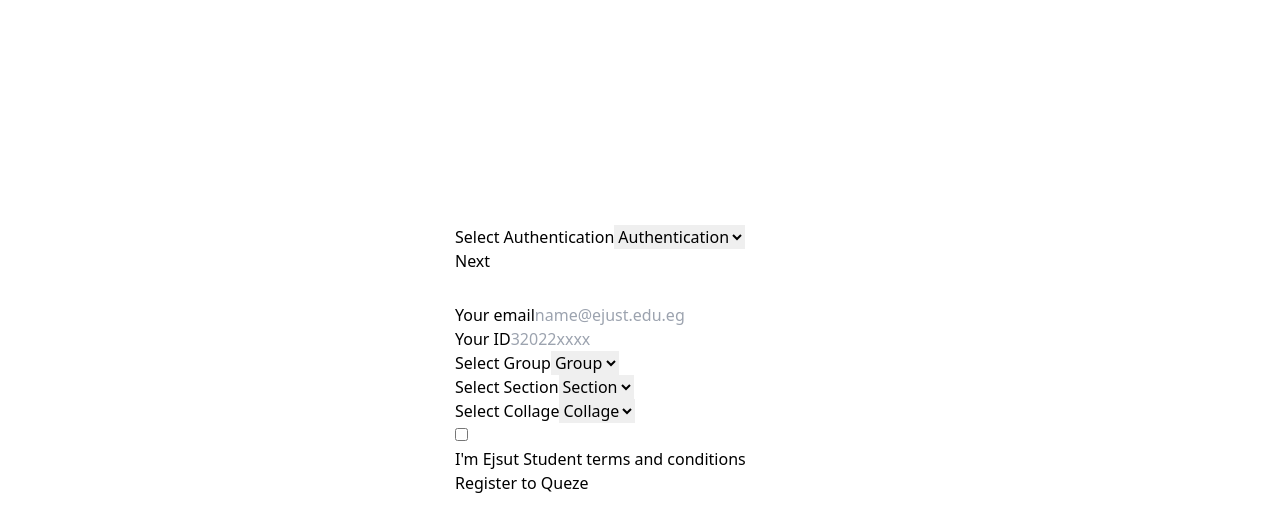
Repository: AbdalrahmanEldeep/FIBOTIC
Page: /
These files come from the project's save history. The page is drawn as it stood at one moment and after the next save; the edit follows.
The browser window is 1280 px wide. The pictures show the whole page.
The project was rebuilt for these pictures with package versions that can differ from the ones it lists, and the page was loaded fresh each time. Also part of the build but not shown: vite.config.js, src/pages/protecter.jsx, src/pages/exame.jsx.

Above is the page before, as saved 2023-01-06 23:42:09.

### index.html
<!DOCTYPE html>
<html lang="en" class="dark">
  <head>
    <meta charset="UTF-8" />
    <link rel="icon" type="image/svg+xml" href="/vite.svg" />
    <meta name="viewport" content="width=device-width, initial-scale=1.0" />
    <title>FIBO</title>
    <!-- Tailwindcss -->
    <link rel="stylesheet" href="/src/global/app.css">
  </head>
  <body class="dark:bg-gray-900">
    <div id="root"></div>
    <script type="module" src="/src/main.jsx"></script>
  </body>
</html>

### src/global/app.css
/*
! tailwindcss v3.2.4 | MIT License | https://tailwindcss.com
*/

/*
1. Prevent padding and border from affecting element width. (https://github.com/mozdevs/cssremedy/issues/4)
2. Allow adding a border to an element by just adding a border-width. (https://github.com/tailwindcss/tailwindcss/pull/116)
*/

*,
::before,
::after {
  box-sizing: border-box;
  /* 1 */
  border-width: 0;
  /* 2 */
  border-style: solid;
  /* 2 */
  border-color: #e5e7eb;
  /* 2 */
}

::before,
::after {
  --tw-content: '';
}

/*
1. Use a consistent sensible line-height in all browsers.
2. Prevent adjustments of font size after orientation changes in iOS.
3. Use a more readable tab size.
4. Use the user's configured `sans` font-family by default.
5. Use the user's configured `sans` font-feature-settings by default.
*/

html {
  line-height: 1.5;
  /* 1 */
  -webkit-text-size-adjust: 100%;
  /* 2 */
  -moz-tab-size: 4;
  /* 3 */
  -o-tab-size: 4;
     tab-size: 4;
  /* 3 */
  font-family: ui-sans-serif, system-ui, -apple-system, BlinkMacSystemFont, "Segoe UI", Roboto, "Helvetica Neue", Arial, "Noto Sans", sans-serif, "Apple Color Emoji", "Segoe UI Emoji", "Segoe UI Symbol", "Noto Color Emoji";
  /* 4 */
  font-feature-settings: normal;
  /* 5 */
}

/*
1. Remove the margin in all browsers.
2. Inherit line-height from `html` so users can set them as a class directly on the `html` element.
*/

body {
  margin: 0;
  /* 1 */
  line-height: inherit;
  /* 2 */
}

/*
1. Add the correct height in Firefox.
2. Correct the inheritance of border color in Firefox. (https://bugzilla.mozilla.org/show_bug.cgi?id=190655)
3. Ensure horizontal rules are visible by default.
*/

hr {
  height: 0;
  /* 1 */
  color: inherit;
  /* 2 */
  border-top-width: 1px;
  /* 3 */
}

/*
Add the correct text decoration in Chrome, Edge, and Safari.
*/

abbr:where([title]) {
  -webkit-text-decoration: underline dotted;
          text-decoration: underline dotted;
}

/*
Remove the default font size and weight for headings.
*/

h1,
h2,
h3,
h4,
h5,
h6 {
  font-size: inherit;
  font-weight: inherit;
}

/*
Reset links to optimize for opt-in styling instead of opt-out.
*/

a {
  color: inherit;
  text-decoration: inherit;
}

/*
Add the correct font weight in Edge and Safari.
*/

b,
strong {
  font-weight: bolder;
}

/*
1. Use the user's configured `mono` font family by default.
2. Correct the odd `em` font sizing in all browsers.
*/

code,
kbd,
samp,
pre {
  font-family: ui-monospace, SFMono-Regular, Menlo, Monaco, Consolas, "Liberation Mono", "Courier New", monospace;
  /* 1 */
  font-size: 1em;
  /* 2 */
}

/*
Add the correct font size in all browsers.
*/

small {
  font-size: 80%;
}

/*
Prevent `sub` and `sup` elements from affecting the line height in all browsers.
*/

sub,
sup {
  font-size: 75%;
  line-height: 0;
  position: relative;
  vertical-align: baseline;
}

sub {
  bottom: -0.25em;
}

sup {
  top: -0.5em;
}

/*
1. Remove text indentation from table contents in Chrome and Safari. (https://bugs.chromium.org/p/chromium/issues/detail?id=999088, https://bugs.webkit.org/show_bug.cgi?id=201297)
2. Correct table border color inheritance in all Chrome and Safari. (https://bugs.chromium.org/p/chromium/issues/detail?id=935729, https://bugs.webkit.org/show_bug.cgi?id=195016)
3. Remove gaps between table borders by default.
*/

table {
  text-indent: 0;
  /* 1 */
  border-color: inherit;
  /* 2 */
  border-collapse: collapse;
  /* 3 */
}

/*
1. Change the font styles in all browsers.
2. Remove the margin in Firefox and Safari.
3. Remove default padding in all browsers.
*/

button,
input,
optgroup,
select,
textarea {
  font-family: inherit;
  /* 1 */
  font-size: 100%;
  /* 1 */
  font-weight: inherit;
  /* 1 */
  line-height: inherit;
  /* 1 */
  color: inherit;
  /* 1 */
  margin: 0;
  /* 2 */
  padding: 0;
  /* 3 */
}

/*
Remove the inheritance of text transform in Edge and Firefox.
*/

button,
select {
  text-transform: none;
}

/*
1. Correct the inability to style clickable types in iOS and Safari.
2. Remove default button styles.
*/

button,
[type='button'],
[type='reset'],
[type='submit'] {
  -webkit-appearance: button;
  /* 1 */
  background-color: transparent;
  /* 2 */
  background-image: none;
  /* 2 */
}

/*
Use the modern Firefox focus style for all focusable elements.
*/

:-moz-focusring {
  outline: auto;
}

/*
Remove the additional `:invalid` styles in Firefox. (https://github.com/mozilla/gecko-dev/blob/2f9eacd9d3d995c937b4251a5557d95d494c9be1/layout/style/res/forms.css#L728-L737)
*/

:-moz-ui-invalid {
  box-shadow: none;
}

/*
Add the correct vertical alignment in Chrome and Firefox.
*/

progress {
  vertical-align: baseline;
}

/*
Correct the cursor style of increment and decrement buttons in Safari.
*/

::-webkit-inner-spin-button,
::-webkit-outer-spin-button {
  height: auto;
}

/*
1. Correct the odd appearance in Chrome and Safari.
2. Correct the outline style in Safari.
*/

[type='search'] {
  -webkit-appearance: textfield;
  /* 1 */
  outline-offset: -2px;
  /* 2 */
}

/*
Remove the inner padding in Chrome and Safari on macOS.
*/

::-webkit-search-decoration {
  -webkit-appearance: none;
}

/*
1. Correct the inability to style clickable types in iOS and Safari.
2. Change font properties to `inherit` in Safari.
*/

::-webkit-file-upload-button {
  -webkit-appearance: button;
  /* 1 */
  font: inherit;
  /* 2 */
}

/*
Add the correct display in Chrome and Safari.
*/

summary {
  display: list-item;
}

/*
Removes the default spacing and border for appropriate elements.
*/

blockquote,
dl,
dd,
h1,
h2,
h3,
h4,
h5,
h6,
hr,
figure,
p,
pre {
  margin: 0;
}

fieldset {
  margin: 0;
  padding: 0;
}

legend {
  padding: 0;
}

ol,
ul,
menu {
  list-style: none;
  margin: 0;
  padding: 0;
}

/*
Prevent resizing textareas horizontally by default.
*/

textarea {
  resize: vertical;
}

/*
1. Reset the default placeholder opacity in Firefox. (https://github.com/tailwindlabs/tailwindcss/issues/3300)
2. Set the default placeholder color to the user's configured gray 400 color.
*/

input::-moz-placeholder, textarea::-moz-placeholder {
  opacity: 1;
  /* 1 */
  color: #9ca3af;
  /* 2 */
}

input::placeholder,
textarea::placeholder {
  opacity: 1;
  /* 1 */
  color: #9ca3af;
  /* 2 */
}

/*
Set the default cursor for buttons.
*/

button,
[role="button"] {
  cursor: pointer;
}

/*
Make sure disabled buttons don't get the pointer cursor.
*/

:disabled {
  cursor: default;
}

/*
1. Make replaced elements `display: block` by default. (https://github.com/mozdevs/cssremedy/issues/14)
2. Add `vertical-align: middle` to align replaced elements more sensibly by default. (https://github.com/jensimmons/cssremedy/issues/14#issuecomment-634934210)
   This can trigger a poorly considered lint error in some tools but is included by design.
*/

img,
svg,
video,
canvas,
audio,
iframe,
embed,
object {
  display: block;
  /* 1 */
  vertical-align: middle;
  /* 2 */
}

/*
Constrain images and videos to the parent width and preserve their intrinsic aspect ratio. (https://github.com/mozdevs/cssremedy/issues/14)
*/

img,
video {
  max-width: 100%;
  height: auto;
}

/* Make elements with the HTML hidden attribute stay hidden by default */

[hidden] {
  display: none;
}

*, ::before, ::after {
  --tw-border-spacing-x: 0;
  --tw-border-spacing-y: 0;
  --tw-translate-x: 0;
  --tw-translate-y: 0;
  --tw-rotate: 0;
  --tw-skew-x: 0;
  --tw-skew-y: 0;
  --tw-scale-x: 1;
  --tw-scale-y: 1;
  --tw-pan-x:  ;
  --tw-pan-y:  ;
  --tw-pinch-zoom:  ;
  --tw-scroll-snap-strictness: proximity;
  --tw-ordinal:  ;
  --tw-slashed-zero:  ;
  --tw-numeric-figure:  ;
  --tw-numeric-spacing:  ;
  --tw-numeric-fraction:  ;
  --tw-ring-inset:  ;
  --tw-ring-offset-width: 0px;
  --tw-ring-offset-color: #fff;
  --tw-ring-color: rgb(59 130 246 / 0.5);
  --tw-ring-offset-shadow: 0 0 #0000;
  --tw-ring-shadow: 0 0 #0000;
  --tw-shadow: 0 0 #0000;
  --tw-shadow-colored: 0 0 #0000;
  --tw-blur:  ;
  --tw-brightness:  ;
  --tw-contrast:  ;
  --tw-grayscale:  ;
  --tw-hue-rotate:  ;
  --tw-invert:  ;
  --tw-saturate:  ;
  --tw-sepia:  ;
  --tw-drop-shadow:  ;
  --tw-backdrop-blur:  ;
  --tw-backdrop-brightness:  ;
  --tw-backdrop-contrast:  ;
  --tw-backdrop-grayscale:  ;
  --tw-backdrop-hue-rotate:  ;
  --tw-backdrop-invert:  ;
  --tw-backdrop-opacity:  ;
  --tw-backdrop-saturate:  ;
  --tw-backdrop-sepia:  ;
}

::backdrop {
  --tw-border-spacing-x: 0;
  --tw-border-spacing-y: 0;
  --tw-translate-x: 0;
  --tw-translate-y: 0;
  --tw-rotate: 0;
  --tw-skew-x: 0;
  --tw-skew-y: 0;
  --tw-scale-x: 1;
  --tw-scale-y: 1;
  --tw-pan-x:  ;
  --tw-pan-y:  ;
  --tw-pinch-zoom:  ;
  --tw-scroll-snap-strictness: proximity;
  --tw-ordinal:  ;
  --tw-slashed-zero:  ;
  --tw-numeric-figure:  ;
  --tw-numeric-spacing:  ;
  --tw-numeric-fraction:  ;
  --tw-ring-inset:  ;
  --tw-ring-offset-width: 0px;
  --tw-ring-offset-color: #fff;
  --tw-ring-color: rgb(59 130 246 / 0.5);
  --tw-ring-offset-shadow: 0 0 #0000;
  --tw-ring-shadow: 0 0 #0000;
  --tw-shadow: 0 0 #0000;
  --tw-shadow-colored: 0 0 #0000;
  --tw-blur:  ;
  --tw-brightness:  ;
  --tw-contrast:  ;
  --tw-grayscale:  ;
  --tw-hue-rotate:  ;
  --tw-invert:  ;
  --tw-saturate:  ;
  --tw-sepia:  ;
  --tw-drop-shadow:  ;
  --tw-backdrop-blur:  ;
  --tw-backdrop-brightness:  ;
  --tw-backdrop-contrast:  ;
  --tw-backdrop-grayscale:  ;
  --tw-backdrop-hue-rotate:  ;
  --tw-backdrop-invert:  ;
  --tw-backdrop-opacity:  ;
  --tw-backdrop-saturate:  ;
  --tw-backdrop-sepia:  ;
}

### src/main.jsx
import ReactDOM  from "react-dom/client";
import { Root } from "./router/Root";
import 'flowbite';

const root = ReactDOM.createRoot(document.querySelector("#root"));

root.render(
  <Root/>
)

### src/router/Root.jsx
import React from 'react'
import { BrowserRouter, Route, Routes } from 'react-router-dom'
import Home from '../pages/home'
import Protecter from '../pages/protecter'
import Aboute from '../pages/exame'

export const Root = () => {
  return (
    <BrowserRouter>
        <Routes>
            <Route path="/" element={<Protecter statuse={true}><Home/></Protecter>}/>
            <Route path="/exame" element={<Protecter statuse={true}><Aboute/></Protecter>}/>
        </Routes>
    </BrowserRouter>
  )
}

### src/pages/home.jsx
import React from 'react'
import styled from 'styled-components'
import { CntForm } from '../components/cntForm'
import { StdForm } from '../components/stdForm'

const Container = styled.div`

  position: fixed;
  top: 50%;
  left: 50%;
  transform: translate(-50%,-50%);
  width: 80%;
  margin: 0 auto;
  @media screen and (min-width:976px) {
    width: 400px;
  }
`

export default function Home() {
  return (
    <>
    <Container>
      <CntForm/>
      <StdForm/>
    </Container>
    </>
  )
}

### src/components/cntForm.jsx
import React from 'react'

export const CntForm = () => {
  return (
    <form className='shadow  dark:bg-gray-700 rounded' style={{padding:"15px"}}>
        <div className="flex flex-col gap-2 items-start mb-6">
            <label htmlFor="countries" className="block mb-2 text-sm font-medium text-gray-900 dark:text-white">Select Authentication</label>
            <select id="countries" className="bg-gray-50 border border-gray-300 text-gray-900 text-sm rounded focus:ring-blue-500 focus:border-blue-500 block w-full p-2.5 dark:bg-gray-800 dark:border-gray-600 dark:placeholder-gray-400 dark:text-white dark:focus:ring-blue-500 dark:focus:border-blue-500">
                <option defaultValue="Authentication">Authentication</option>
                <option value="1">Admine</option>
                <option value="2">Student</option>
            </select>
        </div>
        <button type="submit" className="text-white bg-blue-700 hover:bg-blue-800 focus:ring-4 focus:outline-none focus:ring-blue-300 font-medium rounded text-sm px-5 py-2.5 text-center dark:bg-blue-600 dark:hover:bg-blue-700 dark:focus:ring-blue-800">Next</button>
    </form>
  )
}

### src/components/stdForm.jsx
import React from 'react'

export const StdForm = () => {
  return (
    <form className='shadow dark:bg-gray-700' style={{padding:"15px"}}>
            <div className="mb-6">
                <label htmlFor="email" className="block mb-1 text-sm font-medium text-gray-900 dark:text-white">Your email</label>
                <input type="email" id="email" className="w-full shadow-sm bg-gray-50 border border-gray-300 text-gray-900 text-sm rounded focus:ring-blue-500 focus:border-blue-500 block p-2.5 dark:bg-gray-800 dark:border-gray-600 dark:placeholder-gray-400 dark:text-white dark:focus:ring-blue-500 dark:focus:border-blue-500 dark:shadow-sm-light" placeholder="name@ejust.edu.eg" required />
            </div>
            <div className="mb-6">
                <label htmlFor="stdid" className="block mb-1 text-sm font-medium text-gray-900 dark:text-white">Your ID</label>
                <input type="text" id="stdid" placeholder='32022xxxx' className="shadow-sm bg-gray-50 border border-gray-300 text-gray-900 text-sm rounded focus:ring-blue-500 focus:border-blue-500 block w-full p-2.5 dark:bg-gray-800 dark:border-gray-600 dark:placeholder-gray-400 dark:text-white dark:focus:ring-blue-500 dark:focus:border-blue-500 dark:shadow-sm-light" required />
            </div>
            <div className="flex flex-col gap-2 items-start mb-6">
                <label htmlFor="countries" className="block mb-1 text-sm font-medium text-gray-900 dark:text-white">Select Group</label>
                <select id="countries" className="bg-gray-50 border border-gray-300 text-gray-900 text-sm rounded focus:ring-blue-500 focus:border-blue-500 block w-full p-2.5 dark:bg-gray-800 dark:border-gray-600 dark:placeholder-gray-400 dark:text-white dark:focus:ring-blue-500 dark:focus:border-blue-500">
                    <option defaultValue="Group">Group</option>
                    <option value="US">G1</option>
                    <option value="CA">G2</option>
                    <option value="FR">G3</option>
                    <option value="DE">G4</option>
                </select>
            </div>
            <div className="flex flex-col gap-2 items-start mb-6">
                <label htmlFor="countries" className="block mb-2 text-sm font-medium text-gray-900 dark:text-white">Select Section</label>
                <select id="countries" className="bg-gray-50 border border-gray-300 text-gray-900 text-sm rounded focus:ring-blue-500 focus:border-blue-500 block w-full p-2.5 dark:bg-gray-800 dark:border-gray-600 dark:placeholder-gray-400 dark:text-white dark:focus:ring-blue-500 dark:focus:border-blue-500">
                    <option defaultValue="Section">Section</option>
                    <option value="1">S1</option>
                    <option value="2">S2</option>
                    <option value="3">S3</option>
                </select>
            </div>
            <div className="flex flex-col gap-2 items-start mb-6">
                <label htmlFor="countries" className="block mb-2 text-sm font-medium text-gray-900 dark:text-white">Select Collage</label>
                <select id="countries" className="bg-gray-50 border border-gray-300 text-gray-900 text-sm rounded focus:ring-blue-500 focus:border-blue-500 block w-full p-2.5 dark:bg-gray-800 dark:border-gray-600 dark:placeholder-gray-400 dark:text-white dark:focus:ring-blue-500 dark:focus:border-blue-500">
                    <option defaultValue="Collage">Collage</option>
                    <option value="CSIT">CSIT</option>
                </select>
            </div>
            <div className="flex items-start mb-6">
                <div className="flex items-center h-5">
                <input id="terms" type="checkbox" value="" className="w-4  h-4 border border-gray-300 rounded bg-gray-50 focus:ring-3 focus:ring-blue-300 dark:bg-gray-800 dark:border-gray-600 dark:focus:ring-blue-600 dark:ring-offset-gray-800" required />
                </div>
                <label htmlFor="terms" className="ml-2 text-sm font-medium text-gray-900 dark:text-gray-300">I'm Ejsut Student  <a href="#" className="text-blue-600 hover:underline dark:text-blue-500">terms and conditions</a></label>
            </div>
            <button type="submit" className="text-white bg-blue-700 hover:bg-blue-800 focus:ring-4 focus:outline-none focus:ring-blue-300 font-medium rounded text-sm px-5 py-2.5 text-center dark:bg-blue-600 dark:hover:bg-blue-700 dark:focus:ring-blue-800">Register to Queze</button>
    </form>
  )
}

After the next save:
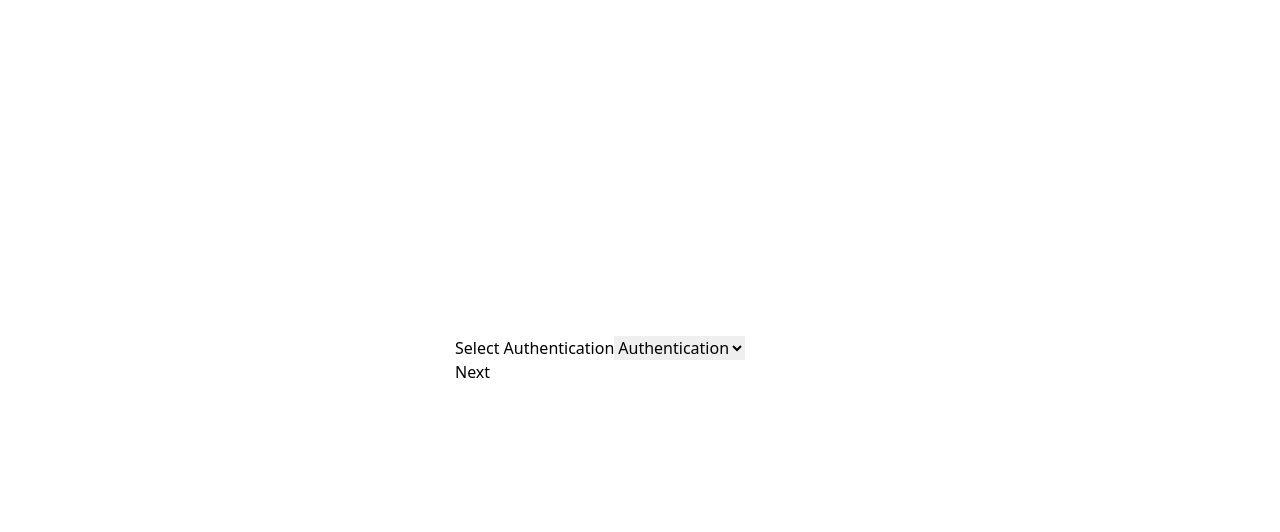
Saved 23 s later.
--- a/src/pages/home.jsx
+++ b/src/pages/home.jsx
@@ -21,7 +21,6 @@ export default function Home() {
     <>
     <Container>
       <CntForm/>
-      <StdForm/>
     </Container>
     </>
   )
